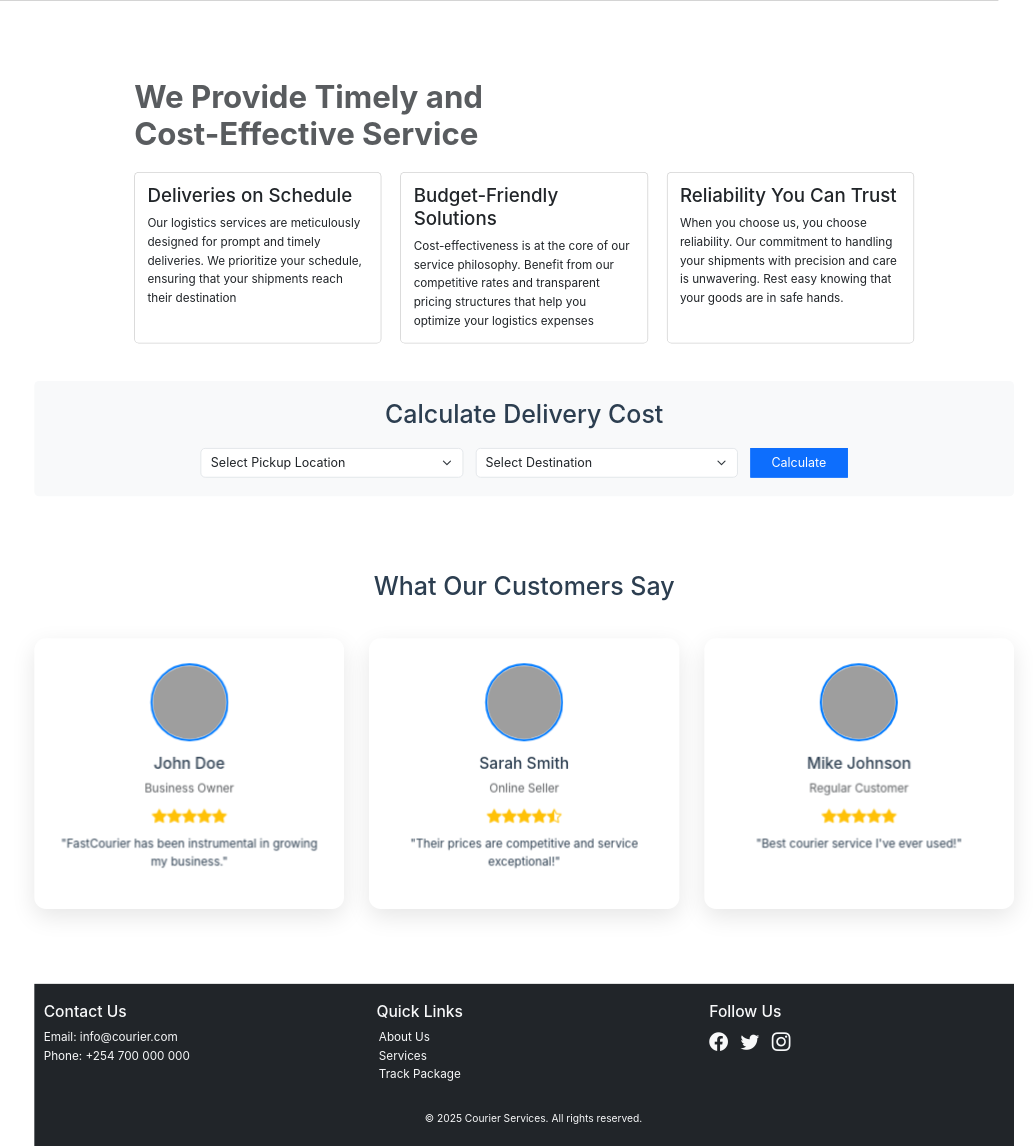
Repository: stancillous/package-yangu-logistics
Page: /
An editor plug-in stored every save of this project. The page is shown before and after a run of saves, followed by the edit.
The browser window is 1280 px wide. The page is 1324 px wide, so the pictures cover 1324 px, including what lies to the right of the window. The pictures show the part of the page from y = 676 to 2169 px (the page is 2145 px tall before and 2169 px after), at 78% of full size.
Pictures or frames that could not be fetched are drawn as grey boxes. The project was rebuilt for these pictures with package versions that can differ from the ones it lists, and the page was loaded fresh each time. Also part of the build but not shown: vite.config.ts.

Above is the page before, as saved 2025-01-31 14:12:59.

### index.html
<!DOCTYPE html>
<html lang="">
  <head>
    <meta charset="UTF-8">
    <meta name="viewport" content="width=device-width, initial-scale=1.0">
    <link rel="icon" href="/favicon.ico">

    <!-- Bootstrap CSS -->
    <link href="https://cdn.jsdelivr.net/npm/bootstrap@5.3.0/dist/css/bootstrap.min.css" rel="stylesheet">
    <!-- Bootstrap Icons -->
    <link href="https://cdn.jsdelivr.net/npm/bootstrap-icons@1.11.1/font/bootstrap-icons.css" rel="stylesheet">

    <!-- Fonts -->

    <link rel="preconnect" href="https://fonts.googleapis.com">
    <link rel="preconnect" href="https://fonts.gstatic.com" crossorigin>
    <link href="https://fonts.googleapis.com/css2?family=Roboto:ital,wght@0,100..900;1,100..900&display=swap" rel="stylesheet">
    <title>Courier</title>

    <style>
      body{
        font-family: 'Roboto', sans-serif;
        overflow-x: hidden;
        width: 100vw;
      }

      button{
        border-radius: 0 !important;
      }

    </style>
  </head>
  <body>
    <div id="app"></div>


    <script type="module" src="/src/main.ts"></script>
    <!-- Bootstrap JS -->
    <script src="https://cdn.jsdelivr.net/npm/bootstrap@5.3.0/dist/js/bootstrap.bundle.min.js"></script>
  </body>
</html>

### src/main.ts
import './assets/main.css'

import { createApp } from 'vue'
import App from './App.vue'
import router from './router'

// import { BootstrapVue, BootstrapVueIcons } from 'bootstrap-vue'

// import 'bootstrap/dist/css/bootstrap.css'
// import 'bootstrap-vue/dist/bootstrap-vue.css'

const app = createApp(App)

// app.use(BootstrapVue)
// app.use(BootstrapVueIcons)

app.use(router)

app.mount('#app')

### src/App.vue
<script setup lang="ts">
import { RouterLink, RouterView } from 'vue-router'
import Index from './views/Index.vue'
</script>

<template>
  <div>
    <Index/>
  </div>

</template>

<style scoped>

body{
  border: 8px solid red !important;
}
</style>

### src/router/index.ts
import { createRouter, createWebHistory } from 'vue-router'
import Index from '../views/Index.vue'

const router = createRouter({
  history: createWebHistory(import.meta.env.BASE_URL),
  routes: [
    {
      path: '/',
      name: 'home',
      component: Index,
    },
    // {
    //   path: '/about',
    //   name: 'about',
    //   // route level code-splitting
    //   // this generates a separate chunk (About.[hash].js) for this route
    //   // which is lazy-loaded when the route is visited.
    //   component: () => import('../views/AboutView.vue'),
    // },
  ],
})

export default router

### src/views/Index.vue
<template>
    <div class="container">
      <nav class="navbar navbar-expand-lg navbar-light bg-white fixed-top shadow-sm">
        <div class="container">
          <a class="navbar-brand d-flex align-items-center" href="#">
            <i class="bi bi-box-seam fs-2 text-primary me-2"></i>
            <span class="fw-bold">FastCourier</span>
          </a>
          <button class="navbar-toggler" type="button" data-bs-toggle="collapse" data-bs-target="#navbarNav">
            <span class="navbar-toggler-icon"></span>
          </button>
          <div class="collapse navbar-collapse" id="navbarNav">
              <ul class="navbar-nav ms-auto">
                  <li><small class="text-uppercase"><a class="nav-link" href="#">home</a></small></li>
                  <li><small class="text-uppercase"><a class="nav-link" href="#">services</a></small></li>
                  <li><small class="text-uppercase"><a class="nav-link" href="#">about us</a></small></li>
                  <li><small class="text-uppercase"><a class="nav-link" href="#">news</a></small></li>
              </ul>
              <div class="ms-5">
                  <button class="btn btn-sm btn-outline-primary">CONTACT US</button>
              </div>
          </div>
        </div>
      </nav>

      <div class="content-wrapper">
        <div class="hero-section">
            <div class="hero-content">
                <h1 class="fw-bold  display-4">Seamless Shipping, <br> Unmatched Care</h1>
                <p class="card-text">Delivering Convenience with Every Shipment. Enjoy smooth logistics and outstanding customer service backed by our commitment to excellence.</p>
                <button class="btn btn-sm btn-light px-4 py-2 text-primary">Get Started</button>
            </div>
        </div>


        <!-- Services Section -->
        <div style="padding-top: 700px;" class="section-wrp">
          <h2 class="fw-bold display-6 mb-4 text-muted">We Provide Timely and <br> Cost-Effective Service</h2>
          <div class="row g-4">
            <div class="col-md-4">
              <div class="card h-100">
                <div class="card-body">
                  <!-- <i class="bi bi-truck fs-1 text-primary mb-3"></i> -->
                  <h4 class="card-title">Deliveries on Schedule</h4>
                  <p class="card-text">Our logistics services are meticulously designed for prompt and timely deliveries. We prioritize your schedule, ensuring that your shipments reach their destination</p>
                </div>
              </div>
            </div>
            <div class="col-md-4">
              <div class="card h-100">
                <div class="card-body">
                  <!-- <i class="bi bi-globe fs-1 text-primary mb-3"></i> -->
                  <h4 class="card-title">Budget-Friendly Solutions</h4>
                  <p class="card-text">Cost-effectiveness is at the core of our service philosophy. Benefit from our competitive rates and transparent pricing structures that help you optimize your logistics expenses</p>
                </div>
              </div>
            </div>
            <div class="col-md-4">
              <div class="card h-100">
                <div class="card-body">
                  <!-- <i class="bi bi-shield-check fs-1 text-primary mb-3"></i> -->
                  <h4 class="card-title">Reliability You Can Trust</h4>
                  <p class="card-text">When you choose us, you choose reliability. Our commitment to handling your shipments with precision and care is unwavering. Rest easy knowing that your goods are in safe hands.</p>
                </div>
              </div>
            </div>
          </div>
        </div>

        <!-- Delivery Calculator -->
        <div class="calculator-section my-5 py-4 bg-light rounded">
          <h2 class="text-center mb-4">Calculate Delivery Cost</h2>
          <div class="row justify-content-center">
            <div class="col-md-8">
              <div class="row g-3">
                <div class="col-md-5">
                  <select v-model="pickup" class="form-select">
                    <option value="" disabled selected>Select Pickup Location</option>
                    <option value="nairobi">Nairobi</option>
                    <option value="mombasa">Mombasa</option>
                    <option value="kisumu">Kisumu</option>
                    <option value="nakuru">Nakuru</option>
                    <option value="eldoret">Eldoret</option>
                  </select>
                </div>
                <div class="col-md-5">
                  <select v-model="destination" class="form-select">
                    <option value="" disabled selected>Select Destination</option>
                    <option value="nairobi">Nairobi</option>
                    <option value="mombasa">Mombasa</option>
                    <option value="kisumu">Kisumu</option>
                    <option value="nakuru">Nakuru</option>
                    <option value="eldoret">Eldoret</option>
                  </select>
                </div>
                <div class="col-md-2">
                  <button @click="calculatePrice" class="btn btn-primary w-100">Calculate</button>
                </div>
              </div>
              <div v-if="price" class="mt-4 text-center">
                <h4>Estimated Cost: KES {{ price }}</h4>
              </div>
            </div>
          </div>
        </div>

        <!-- Reviews Section -->
        <div class="reviews-section my-5 py-5">
          <h2 class="text-center mb-5">What Our Customers Say</h2>
          <div class="reviews-grid">
            <div class="review-card">
              <div class="review-image">
                <img src="https://randomuser.me/api/portraits/men/32.jpg" alt="John Doe">
              </div>
              <h5 class="mt-3">John Doe</h5>
              <p class="text-muted mb-2">Business Owner</p>
              <div class="rating mb-2">
                <i class="bi bi-star-fill text-warning"></i>
                <i class="bi bi-star-fill text-warning"></i>
                <i class="bi bi-star-fill text-warning"></i>
                <i class="bi bi-star-fill text-warning"></i>
                <i class="bi bi-star-fill text-warning"></i>
              </div>
              <p>"FastCourier has been instrumental in growing my business."</p>
            </div>

            <div class="review-card">
              <div class="review-image">
                <img src="https://randomuser.me/api/portraits/women/44.jpg" alt="Sarah Smith">
              </div>
              <h5 class="mt-3">Sarah Smith</h5>
              <p class="text-muted mb-2">Online Seller</p>
              <div class="rating mb-2">
                <i class="bi bi-star-fill text-warning"></i>
                <i class="bi bi-star-fill text-warning"></i>
                <i class="bi bi-star-fill text-warning"></i>
                <i class="bi bi-star-fill text-warning"></i>
                <i class="bi bi-star-half text-warning"></i>
              </div>
              <p>"Their prices are competitive and service exceptional!"</p>
            </div>

            <div class="review-card">
              <div class="review-image">
                <img src="https://randomuser.me/api/portraits/men/67.jpg" alt="Mike Johnson">
              </div>
              <h5 class="mt-3">Mike Johnson</h5>
              <p class="text-muted mb-2">Regular Customer</p>
              <div class="rating mb-2">
                <i class="bi bi-star-fill text-warning"></i>
                <i class="bi bi-star-fill text-warning"></i>
                <i class="bi bi-star-fill text-warning"></i>
                <i class="bi bi-star-fill text-warning"></i>
                <i class="bi bi-star-fill text-warning"></i>
              </div>
              <p>"Best courier service I've ever used!"</p>
            </div>
          </div>
        </div>

        <!-- Footer -->
        <footer class="bg-dark text-light py-4 mt-5">
          <div class="container">
            <div class="row">
              <div class="col-md-4">
                <h5>Contact Us</h5>
                <p>Email: info@courier.com<br>
                   Phone: +254 700 000 000</p>
              </div>
              <div class="col-md-4">
                <h5>Quick Links</h5>
                <ul class="list-unstyled">
                  <li><a href="#" class="text-light">About Us</a></li>
                  <li><a href="#" class="text-light">Services</a></li>
                  <li><a href="#" class="text-light">Track Package</a></li>
                </ul>
              </div>
              <div class="col-md-4">
                <h5>Follow Us</h5>
                <div class="fs-4">
                  <i class="bi bi-facebook me-3"></i>
                  <i class="bi bi-twitter me-3"></i>
                  <i class="bi bi-instagram"></i>
                </div>
              </div>
            </div>
            <div class="text-center mt-3">
              <small>&copy; 2025 Courier Services. All rights reserved.</small>
            </div>
          </div>
        </footer>
      </div>
    </div>
  </template>

  <script>
  export default {
    name: 'Index',
    data() {
      return {
        pickup: '',
        destination: '',
        price: null
      }
    },
    methods: {
      calculatePrice() {
        if (this.pickup && this.destination) {
          // Generate a random price between 1000 and 5000
          this.price = Math.floor(Math.random() * (5000 - 1000 + 1)) + 1000;
        }
      }
    }
  }
  </script>

  <style scoped>

.hero-section {
    position: absolute;
    left: 0;
  width: 100vw;
  height: 600px;
  background-image: url('https://images.unsplash.com/photo-1578575437130-527eed3abbec');
  background-size: cover;
  background-position: center;
  /* position: relative; */
  display: flex;
  align-items: center;
  justify-content: center;
  color: white;
  margin-left: calc(-50vw + 50%);
  margin-right: calc(-50vw + 50%);
}

.hero-section::before {
  content: '';
  position: absolute;
  top: 0;
  left: 0;
  width: 100%;
  height: 100%;
  background: rgba(0, 0, 0, 0.6);
}

.hero-content {
  position: relative;
  z-index: 2;
  max-width: 800px;
  text-align: left;
  padding: 0 1rem;
}

  .section-wrp{
    max-width: 1000px;
    margin: 1rem auto;
  }
  .container {
      width: 100vw;
      max-width: 1500px;
      margin: auto;
  }

  .content-wrapper {
      margin-top: 76px;
  }

  .carousel-caption {
    background: rgba(0, 0, 0, 0.5);
    padding: 2rem;
    border-radius: 10px;
  }

  .card {
    transition: transform 0.3s;
  }

  .card:hover {
    transform: translateY(-5px);
  }

  .reviews-grid {
      display: grid;
      grid-template-columns: repeat(auto-fit, minmax(300px, 1fr));
      gap: 2rem;
      perspective: 1000px;
  }

  .review-card {
      background: white;
      border-radius: 15px;
      padding: 2rem;
      text-align: center;
      box-shadow: 0 10px 30px rgba(0, 0, 0, 0.1);
      transition: transform 0.5s;
      transform-style: preserve-3d;
  }

  .review-card:hover {
      transform: translateZ(20px) rotateX(5deg);
  }

  .review-image {
      width: 100px;
      height: 100px;
      margin: 0 auto;
      border-radius: 50%;
      overflow: hidden;
      border: 3px solid #007bff;
  }

  .review-image img {
      width: 100%;
      height: 100%;
      object-fit: cover;
  }

  .rating {
      font-size: 1.2rem;
  }

  @media (max-width: 768px) {
      .reviews-grid {
          grid-template-columns: 1fr;
      }
  }
  </style>

Loaded but not shown: src/assets/main.css (common file); src/assets/base.css (common file)

After the next 5 saves:
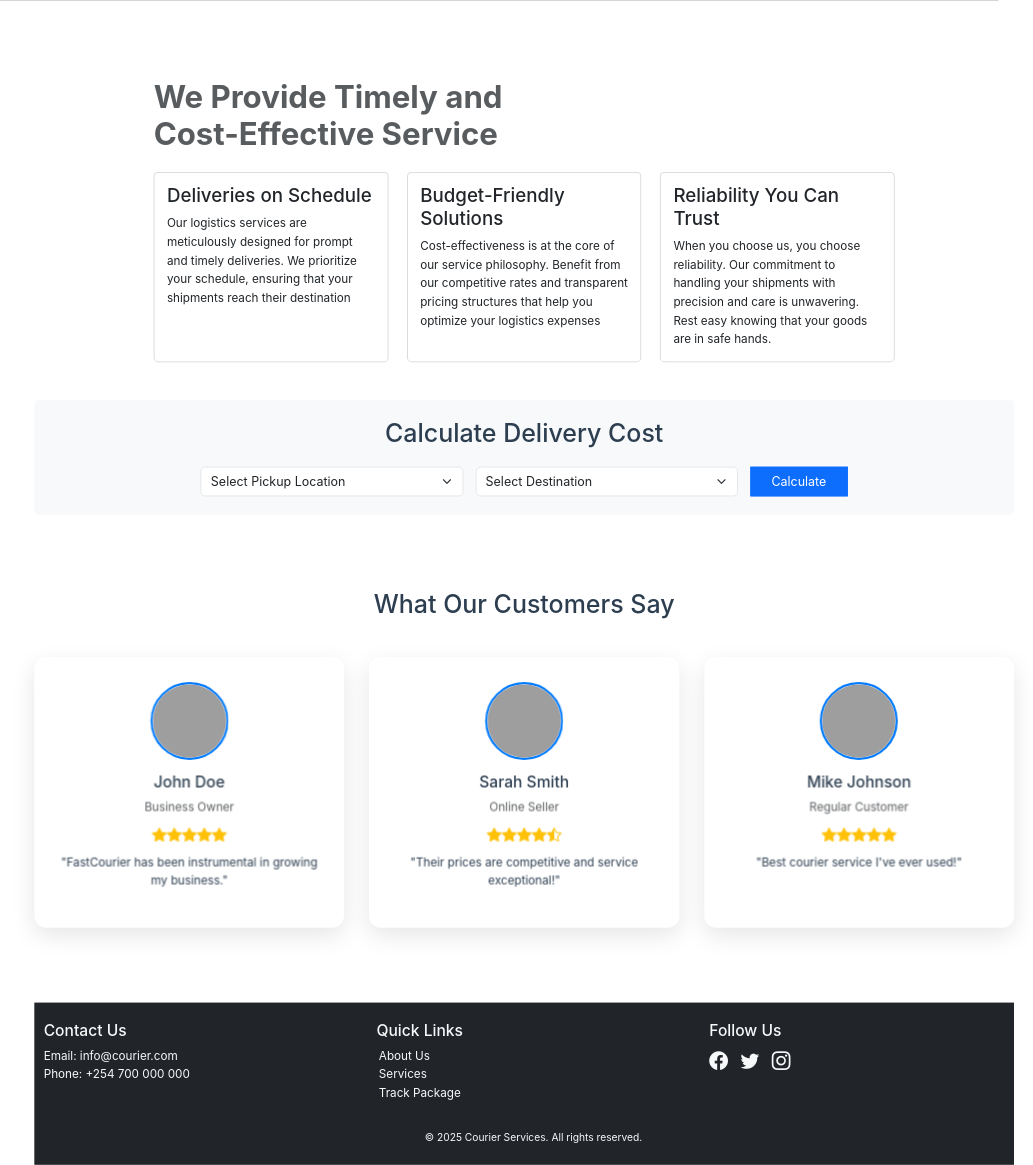
The 5 saves are shown as one change because they came seconds apart.
The last was saved 14 s later.
--- a/src/views/Index.vue
+++ b/src/views/Index.vue
@@ -252,7 +252,7 @@
 }
 
   .section-wrp{
-    max-width: 1000px;
+    max-width: 950px;
     margin: 1rem auto;
   }
   .container {

After the 2 saves that followed:
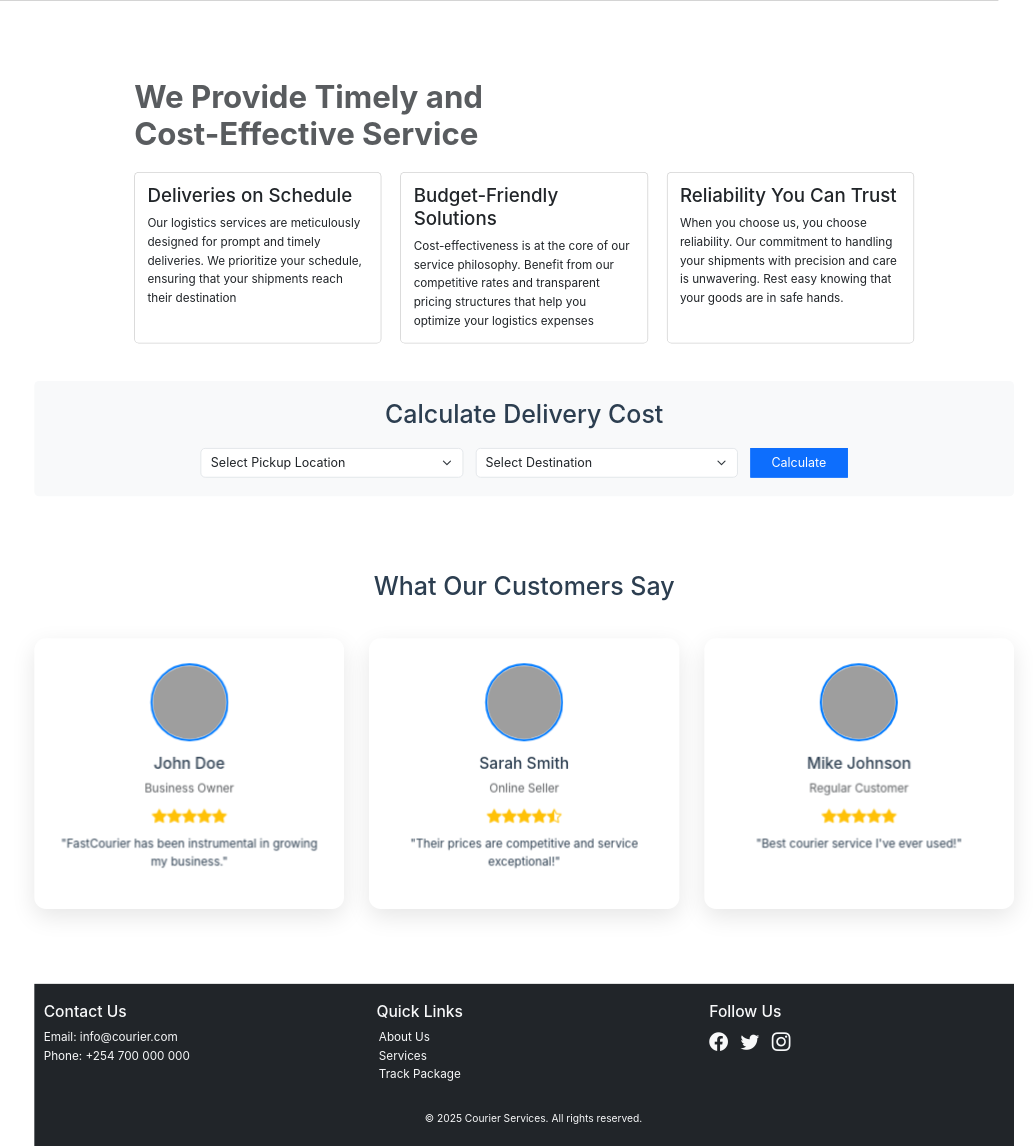
The 2 saves are shown as one change because they came seconds apart.
The last was saved 29 s later.
--- a/src/views/Index.vue
+++ b/src/views/Index.vue
@@ -252,7 +252,7 @@
 }
 
   .section-wrp{
-    max-width: 950px;
+    max-width: 1000px;
     margin: 1rem auto;
   }
   .container {
